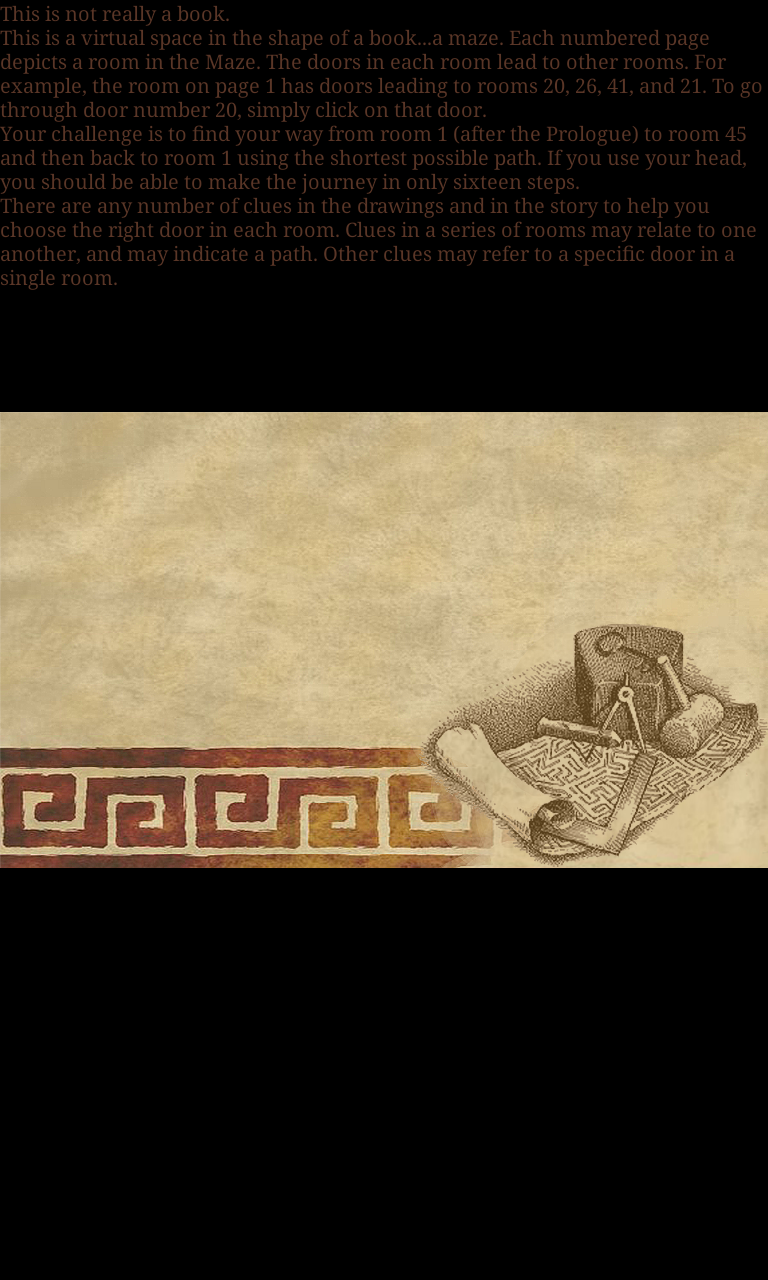
Repository: RandyLedbetter/maze
Layout: MazeTest/res/layout/activity_directions.xml
These files come from the project's save history. The layout is drawn as it stood at one moment and after the next save; the edit follows.
It is drawn on a 768 x 1280 px phone screen (xhdpi) without system bars, with theme android:Theme.NoTitleBar.Fullscreen; the app's code is not run.

Above is the layout before, as saved 2014-04-25 01:14:33.

### MazeTest/res/layout/activity_directions.xml
<FrameLayout xmlns:android="http://schemas.android.com/apk/res/android"
     xmlns:tools="http://schemas.android.com/tools"
	 android:id="@+id/directions_frame"
	 android:layout_width="fill_parent"
	 android:layout_height="fill_parent"
	 android:background="@color/background" >
	<ImageView
	 android:id="@+id/maze_info_background"
	 android:layout_width="fill_parent"
	 android:layout_height="fill_parent"
	 android:scaleType="fitCenter"
	 android:contentDescription="@string/directions_description"
	 android:src="@drawable/maze_info_background"
	 />

 	<TextView
 	    android:layout_width="match_parent"
 	    android:layout_height="147dp"
 	    android:text="@string/directions1"
 	    android:textColor="#5A3627"
 	    android:textSize="@dimen/directions_text_size"
 	    android:typeface="serif" />

</FrameLayout>

### MazeTest/res/values/values.xml
<?xml version="1.0" encoding="utf-8"?>
<resources>
    <color name="background">#000000</color>

</resources>

### MazeTest/res/values/strings.xml
<?xml version="1.0" encoding="utf-8"?>
<resources>

    <string name="app_name">MazeTest</string>
    <string name="action_settings">Settings</string>
    <string name="desc">Room Image</string>
    <string name="captions">Captions are not working if you see this string of text.</string>
    <string name="options_menu">Options</string>
    <string name="ok">OK</string>
    <string name="cancel">Cancel</string>
    <string name="author">Author: Christopher Manson</string>
    <string name="publisher">Publisher: Henry Holt and Company - 1985</string>
    <string name="developer1">Randy Ledbetter</string>
    <string name="developer2">Taylor Carrington</string>
    <string name="developer3">Jayd Saucedo</string>
    <string name="developers">Developers:</string>
    <string name="directions1">This is not really a book.\nThis is a virtual space in the shape of a book...a maze. Each numbered page depicts a room in the Maze. The doors in each room lead to other rooms. For example, the room on page 1 has doors leading to rooms 20, 26, 41, and 21. To go through door number 20, simply click on that door.\nYour challenge is to find your way from room 1 (after the Prologue) to room 45 and then back to room 1 using the shortest possible path. If you use your head, you should be able to make the journey in only sixteen steps.\nThere are any number of clues in the drawings and in the story to help you choose the right door in each room. Clues in a series of rooms may relate to one another, and may indicate a path. Other clues may refer to a specific door in a single room.\n</string>
    <string name="directions2">Anything in this space might be a clue.\nNot all clues are necessarily trustworthy.\nOnce you\'ve found the shortest path in and out of the Maze, challenge yourself further. Go back and find the riddle hidden in room 45. The answer to that riddle is concealed somewhere on the shortest path.\nNow proceed to the Prologue...your guide awaits you.\n</string>
    <string name="directions_description">This view contains directions for how to win MAZE</string>

</resources>

### MazeTest/res/values/dimens.xml
<resources>

    <!-- Default screen margins, per the Android Design guidelines. -->
    <dimen name="activity_horizontal_margin">16dp</dimen>
    <dimen name="activity_vertical_margin">16dp</dimen>
    <dimen name="font_size">12sp</dimen>
    <dimen name="captions_left_margin">140dp</dimen>
    <dimen name="captions_right_margin">50dp</dimen>
    <dimen name="captions_bottom_margin">30dp</dimen>
    <dimen name="captions_height">55dp</dimen>
    <dimen name="dashboard_btn_padding_right">40dp</dimen>
    <dimen name="dashboard_btn_text_size">18sp</dimen>
    <dimen name="directions_text_size">10sp</dimen>

</resources>

After the next save:
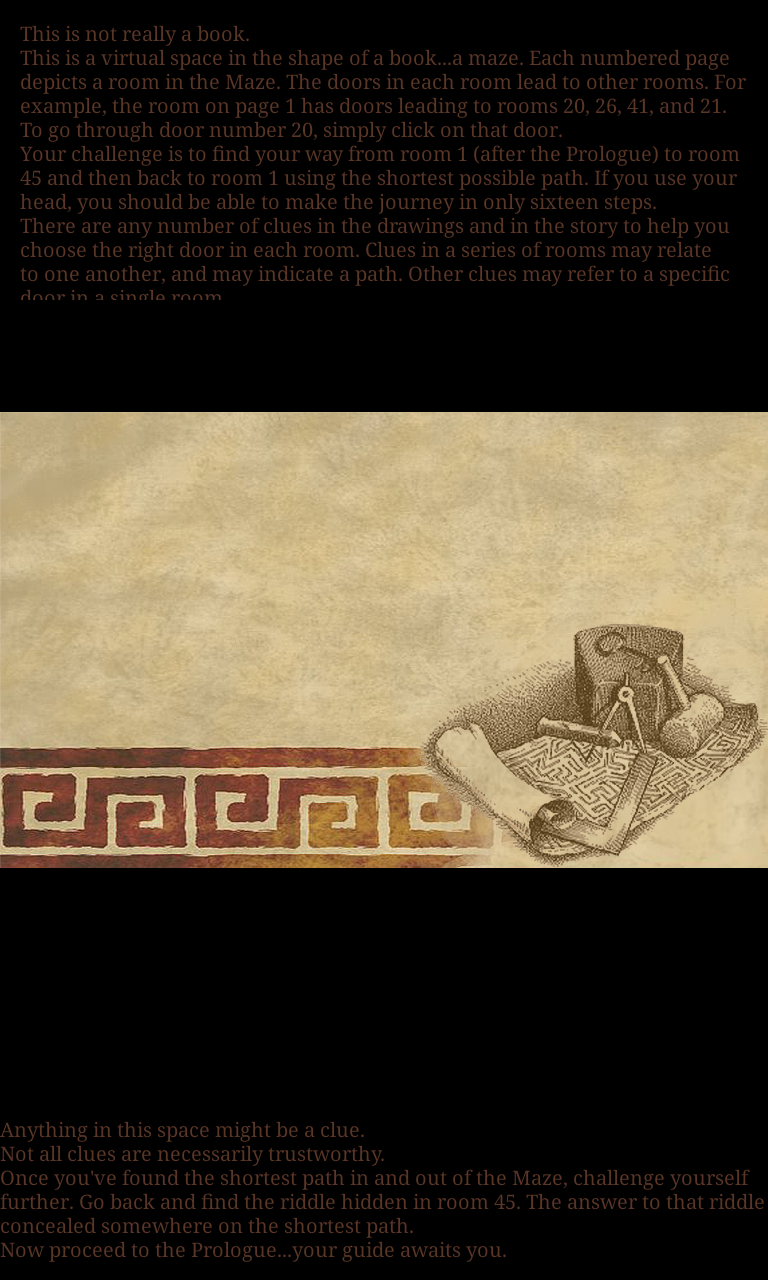
Saved 4 min 40 s later.
--- a/MazeTest/res/layout/activity_directions.xml
+++ b/MazeTest/res/layout/activity_directions.xml
@@ -15,10 +15,23 @@
 
  	<TextView
  	    android:layout_width="match_parent"
- 	    android:layout_height="147dp"
+ 	    android:layout_height="160dp"
+ 	    android:padding="10dp"
+ 	    android:paddingBottom="0dp"
  	    android:text="@string/directions1"
  	    android:textColor="#5A3627"
  	    android:textSize="@dimen/directions_text_size"
  	    android:typeface="serif" />
 
+ 	<TextView
+ 	    android:id="@+id/textView1"
+ 	    android:layout_width="394dp"
+ 	    android:layout_height="82dp"
+ 	    android:layout_gravity="bottom"
+ 	    android:text="@string/directions1"
+ 	    android:textColor="#5A3627"
+ 	    android:textSize="@dimen/directions_text_size"
+ 	    android:typeface="serif"
+ 	    android:text="@string/directions2" />
+
 </FrameLayout>
